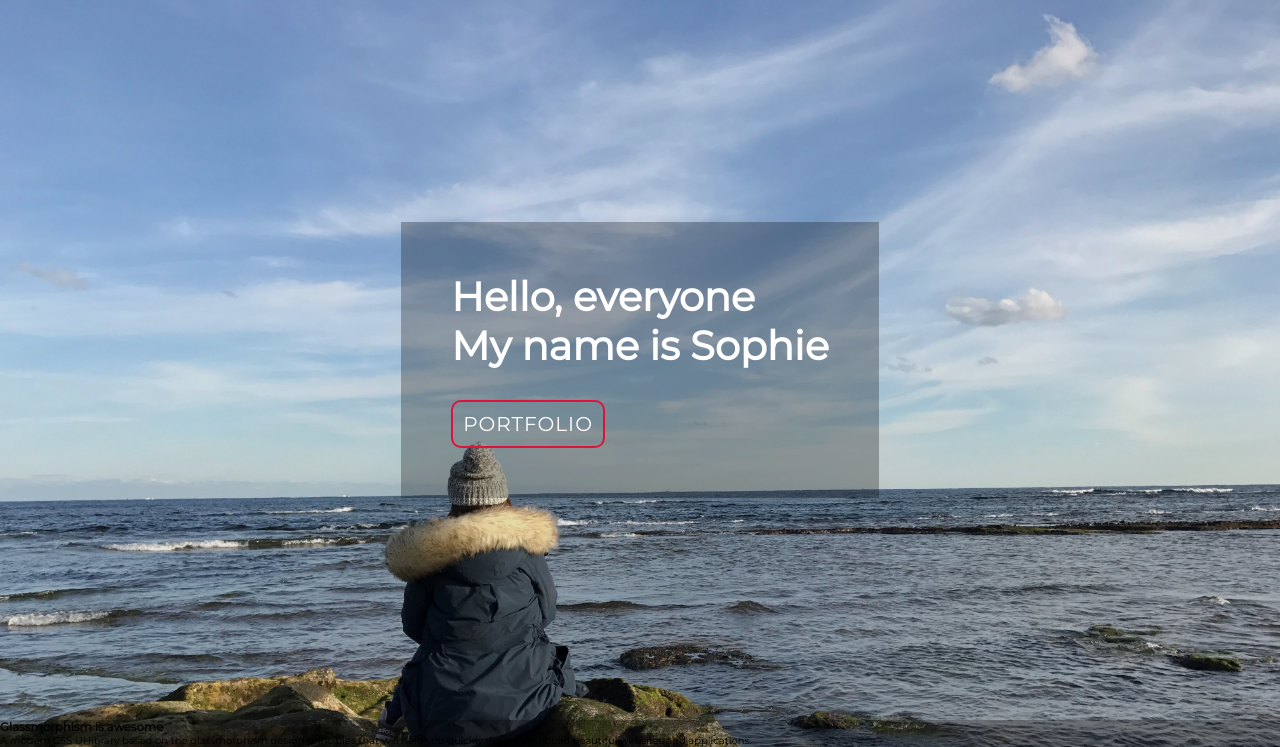
Repository: wenxi0504/StaticWebsite_Profolio
Page: index.html
An editor plug-in stored every save of this project. The page is shown before and after the next save, followed by the edit.
The browser window is 1280 px wide. The pictures show the whole page.

Above is the page before, as saved 2022-03-02 00:18:09.

### index.html
<!DOCTYPE html>
<html lang="en">
<head>
    <meta charset="UTF-8">
    <meta http-equiv="X-UA-Compatible" content="IE=edge">
    <meta name="viewport" content="width=device-width, initial-scale=1.0">
    <link rel="stylesheet" href="style.css">
    <title>Portfolio</title>
</head>
<body>

    <!-- Introduction section -->
    <section id="myIntro">
        <div class="myIntro container">
            <div class="card">
                <h1>
                    Hello, everyone <br> My name is Sophie
                </h1>
                <a href="#" type="button" class="cta">Portfolio</a>
            </div>
        </div>
        <div class="card">
            <h3 class="card-title">Glassmorphism is awesome</h3>
            <p>A modern CSS UI library based on the glassmorphism design principles that will help you quickly design and build beautiful websites and applications.</p>

        </div>

    </section>

</body>
</html>

### style.css
/* import custom font from GoogleFonts */
@import "https://fonts.googleapis.com/css?family=Montserrat:300, 400, 700&display=swap";
* {
  margin: 0px;
  padding: 0px;
  box-sizing: border-box;
}

html {
  font-size: 10px;
  font-family: "Montserrat", sans-serif;
}

a {
  text-decoration: none;
}

.container {
  min-height: 100vh;
  width: 100%;
  display: flex;
  align-items: center;
  justify-content: center;
}

/* myIntro section */
#myIntro {
  background-image: url(./images/ProfolioBackground.jpg);
  background-size: cover;
  background-position: top center;
  position: relative;
  z-index: 1;
}

/* background blurring */
#myIntro ::after {
  content: "";
  position: absolute;
  left: 0px;
  top: 0px;
  height: 100%;
  width: 100%;
  background-color: black;
  opacity: 10%;
  z-index: -999;
}

.card {
  position: relative;
  border-radius: 10px;
  right: 0;
  bottom: 0;
  /* background: inherit; */
  /* overflow: hidden; */
  /* -webkit-backdrop-filter: blur(10px);
    backdrop-filter: blur(10px); */
    z-index: 2;
}


#myIntro h1 {
  display: block;
  width: fit-content;
  margin-top: 5rem;
  margin-left: 5rem;
  margin-right: 5rem;
  font-size: 4rem;
  color: white;
}

#myIntro .cta {
  display: inline-block;
  margin-left: 5rem;
  margin-bottom: 5rem;
  padding: 1rem 1rem;
  color: white;
  background-color: transparent;
  border: 2px solid crimson;
  border-radius: 10px;
  font-size: 2rem;
  text-transform: uppercase;
  letter-spacing: 0.1rem;
  margin-top: 30px;
  transition: 0.3s ease;
  transition-property: background-color;
}

#myIntro .cta:hover {
  background-color: crimson;
}

/* end myIntro section */

After the next save:
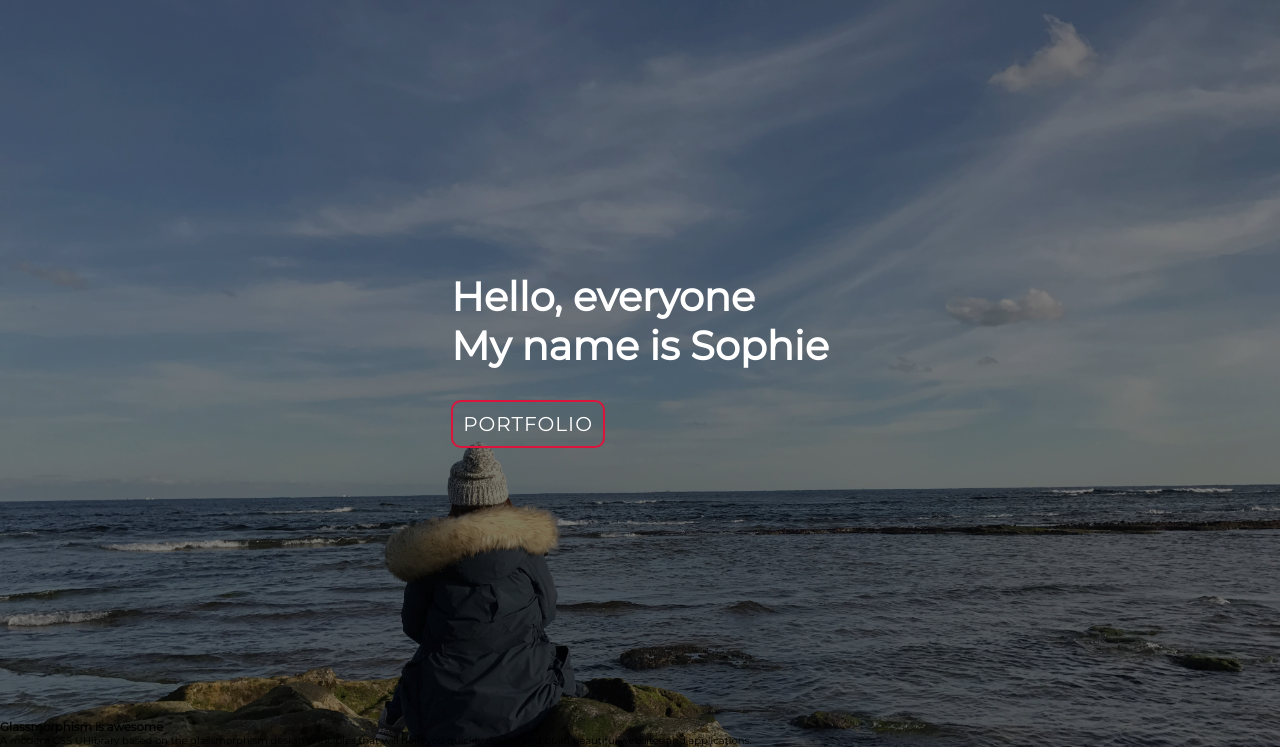
Saved 21 s later.
--- a/style.css
+++ b/style.css
@@ -46,15 +46,14 @@ a {
 }
 
 .card {
-  position: relative;
+  /* position: relative; */
   border-radius: 10px;
-  right: 0;
-  bottom: 0;
+
   /* background: inherit; */
   /* overflow: hidden; */
   /* -webkit-backdrop-filter: blur(10px);
     backdrop-filter: blur(10px); */
-    z-index: 2;
+
 }
 
 
